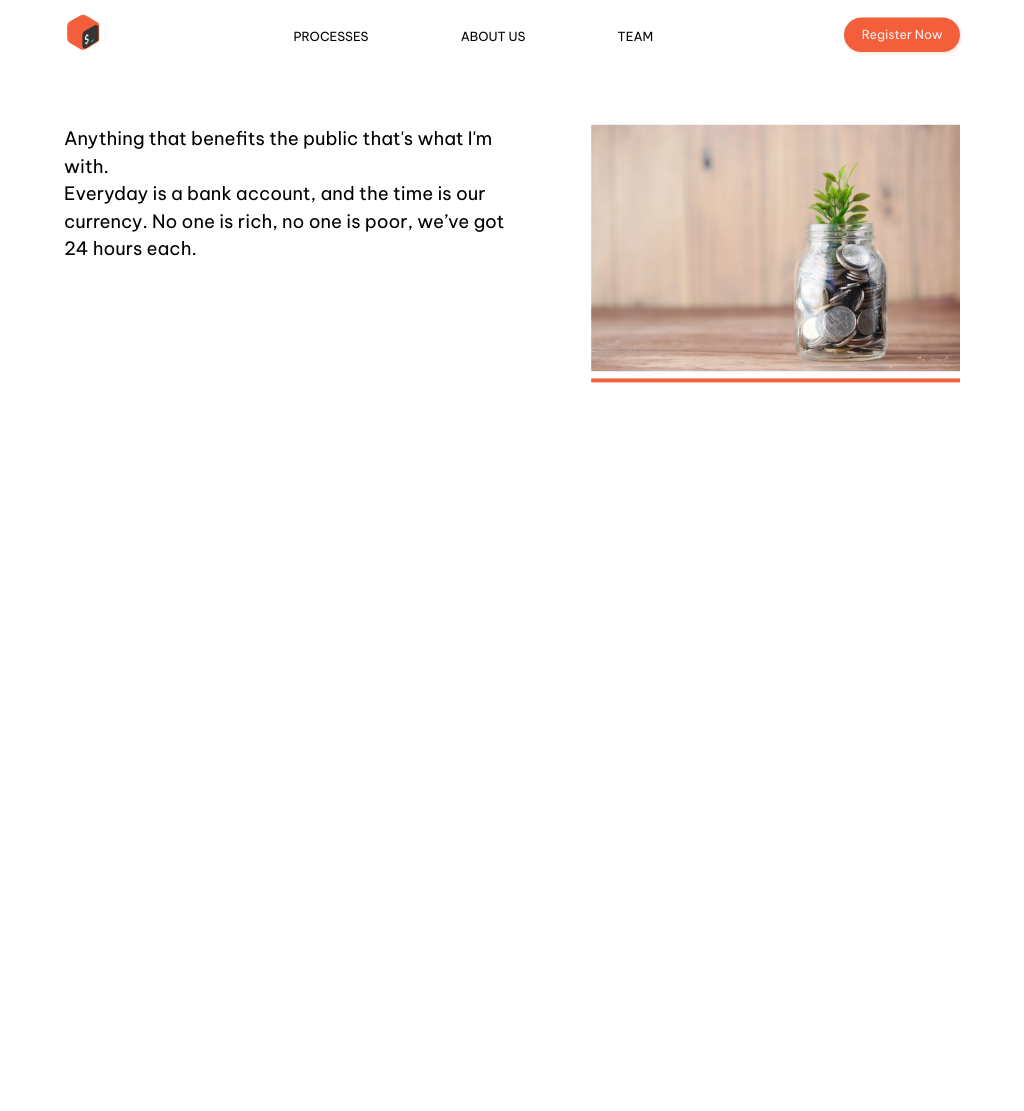
Repository: Esraa22M/Banking_Site
Page: index.html
These files come from the project's save history. The page is drawn as it stood at one moment and after the next save; the edit follows.
The browser window is 1280 px wide. The pictures show the whole page, at 80% of full size.

Above is the page before, as saved 2022-11-01 01:06:40.

### index.html
<!DOCTYPE html>
<html lang="en">

<head>
    <meta charset="UTF-8">
    <meta http-equiv="X-UA-Compatible" content="IE=edge">
    <meta name="viewport" content="width=device-width, initial-scale=1.0">
    <title>Document</title>
    <!-- font family link -->
    <link rel="preconnect" href="https://fonts.googleapis.com">
    <link rel="preconnect" href="https://fonts.gstatic.com" crossorigin>
    <link href="https://fonts.googleapis.com/css2?family=Be+Vietnam+Pro:wght@400;500;700&display=swap" rel="stylesheet">
    <!-- external style sheet link -->
    <link rel="stylesheet" href="style.css">
</head>

<body>
    <header class="primary__header">
        <div class="navgation__wrapper container"> <a href="#"><img src="./images/logo.svg" /></a>
            <button class="humberger__button_toggle--container" aria-expanded="false"
                aria-controls="controls the navigation menu's open and closing">
                <span class="sr-only">Nagivation menu</span>
                <span class="button__close hidden-sm" aria-hidden="true">x</span>
                <span class="button__open" aria-hidden="true"></span>
            </button>
            <nav class="primary__navigation">
                <ul role="list" class="primary__navigation--list hidden-sm">
                    <li class="primary__navigation-item">
                        <a href="#section__1" class="primary__navigation-link">processes</a>
                    </li>
                    <li class="primary__navigation-item">
                        <a href="#section__2" class="primary__navigation-link">About us</a>
                    </li>
                    <li class="primary_navigation-item">
                        <a href="#section__3" class="primary__navigation-link">Team</a>
                    </li>

                </ul>
            </nav>
            <a href="#" class="register__button" role="open new account">Register Now</a>
        </div>
        <section class="Intro even-columns container">
            <div>
                <h2 class="intro__header">Anything that benefits the public that's what I'm
                    with.</h2>
                <p class="intro__sub--header">
                    Everyday is a bank account, and the time is our currency. No one is rich,
                    no
                    one is poor, we’ve got 24 hours each.</p>
            </div>
            <div class="intro__image--wrapper">
                <img src="./images/baning_intro.jpg" alt="money grow" class="intro__image">
            </div>
        </section>
    </header>
    <main>
        <section class="modal container hidden">
            <button class="modal__close--button">
                <span>&times;</span>
            </button>
            <h2 class="modal--header">Open your bank account</h2>
            <form class="create__account--form">
                <figure class="form__logo--wrapper">
                    <img src="images/form_logo.svg" alt="human" class="form__logo">
                    <figcaption class="sr-only">a batman image is a logo for the registeration form</figcaption>
                </figure>
                <div class="first_name--wrapper"><label for="first name" class="sr-only">First Name:</label>
                    <input type="text" class="first_name" placeholder="Enter your First Name" />
                </div>
                <div class="last_name--wrapper"><label for="last name" class="sr-only">Last Name:</label>
                    <input type="text" class="last_name" placeholder="Enter your Last Name" />
                </div>
                <div class="email--wrapper"><label for=" email" class="sr-only">Email:</label>
                    <input type="email" class="email" placeholder="Enter your Email" />
                </div>
                <div class="create_account--button__wrapper">
                    <button type="submit" class="register__button create_account--button">Next Step &rarr;</button>
                </div>
            </form>
        </section>
        <div class="overlay hidden"></div>
    </main>
    <script src="main.js"></script>

</body>

</html>

### style.css
:root {
  --clr-accent-400: hsl(12, 88%, 59%);
  --clr-accent-100: hsl(13, 100%, 96%);
  --clr-primary-400: hsl(228, 39%, 23%);
  --clr-neutral-100: hsl(232, 12%, 13%);
  --clr-neutral-900: hsl(0 0% 0%);
  --ff-primary: "Be Vietnam Pro", sans-serif;
  --fw-regular: 400;
  --fw-semi-bold: 500;
  --fw-bold: 700;
  --fs-300: 0.8125rem;
  --fs-400: 0.875rem;
  --fs-500: 0.9375rem;
  --fs-600: 1rem;
  --fs-650: 1.2rem;
  --fs-700: 1.875rem;
  --fs-800: 2.5rem;
  --fs-900: 3.5rem;
  /* fontsize setup for mobile screen and tablet */
  --fs-body: var(--fs-400);
  --fs-primary-heading: var(--fs-800);
  --fs-secondary-heading: var(--fs-700);
  --fs-nav: var(--fs-500);
  --fs-button: var(--fs-300);
}
/* for desktop screen size */
@media (min-width: 50em) {
  :root {
    --fs-body: var(--fs-650);
    --fs-primary-heading: var(--fs-900);
    --fs-secondary-heading: var(--fs-800);
    --fs-nav: var(--fs-300);
  }
}

/* style reseting refer to kevin powell */
/* Box sizing rules */
*,
*::before,
*::after {
  box-sizing: border-box;
}

/* Remove default margin */
* {
  margin: 0;
  padding: 0;
  font: inherit;
}

/* Remove list styles on ul, ol elements with a list role, which suggests default styling will be removed */
ul[role="list"],
ol[role="list"] {
  list-style: none;
}

/* Set core root defaults */
html:focus-within {
  scroll-behavior: smooth;
}

html,
body {
  font-family: var(--ff-primary);
  height: 100%;
  line-height: 1.5;
  font-size: var(--fs-body);
  z-index: 10;
}
/* utility classes */
.sr-only {
  position: absolute;
  width: 1px;
  height: 1px;
  padding: 0;
  margin: -1px;
  overflow: hidden;
  clip: rect(0, 0, 0, 0);
  border: 0;
}
.container {
  /* content width setup */
  --max-width: 1120px;
  --margin: 5%;
  width: min(var(--max-width), 100% - var(--margin));
  margin-inline: auto;
}

/* navigation style */

.navgation__wrapper {
  display: flex;
  align-items: center;
  padding: 1em 0;
  justify-content: space-between;
  font-size: var(--fs-nav);
  line-height: 1.4rem;
  position: relative;
  z-index: 2000;
}
.primary__navigation--list {
  display: flex;
  gap: 3rem;
  flex-direction: column;
}
/* nav links style */
.navgation__wrapper a {
  text-decoration: none;
}
.primary__navigation-link {
  text-transform: uppercase;
  color: var(--clr-neutral-900);
  font-weight: var(--fw-regular);
}
.primary__navigation-link:hover,
.primary__navigation-link:focus-within {
  color: var(--clr-accent-400);
}
.primary__navigation-link::before {
  content: "";
  display: block;
  height: 0.2em;
  background-color: var(--clr-accent-400);
  width: 0%;
  transition: width ease-in-out 250ms;
}
.primary__navigation-link:hover::before {
  width: 100%;
}

/* humberger button and close humberger button style */

.humberger__button_toggle--container {
  position: absolute;
  top: 1em;
  z-index: 20;
  background-color: transparent;
  border: none;
  outline: none;
  right: 1em;
}
.button__open::before,
.button__open::after,
.button__open {
  content: "";
  width: 2em;
  display: block;
  height: 3px;
  cursor: pointer;
  position: relative;
  transition: all ease-in-out 250ms;
  background-color: var(--clr-neutral-900);
}

.button__open::before {
  top: 0.6em;
}
.button__open::after {
  bottom: 0.8em;
}
.button__close {
  font-weight: var(--fw-semi-bold);
  font-size: var(--fs-700);
  transition: all ease-in-out 250ms;
}

.register__button {
  border: none;
  outline: none;
  background-color: var(--clr-accent-400);
  color: var(--clr-accent-100);
  padding: 0.5em 1.4em;
  border-radius: 100vmax;
  box-shadow: 1px 2px 0.1em 0.1em var(--clr-accent-100);
}
.register__button:hover,
.register__button:focus-within {
  box-shadow: none;
  opacity: 0.8;
}
/*navigation overlay */

.primary__header[overlay]::before {
  content: "";
  position: absolute;
  inset: 0;
  height: 100%;
  z-index: 1;
  background-image: linear-gradient(rgb(0 0 0 / 0), rgb(0 0 0 / 0.8));
}

/*popup modal style */
.modal {
  position: fixed;
  top: 50%;
  display: grid;
  z-index: 1000;
  align-items: center;
  justify-content: center;
  padding: 3em 0;
  margin-top: 2em;
  position: relative;
  max-width: 25em;
  background-color: white;
  border: 1px solid var(--clr-neutral-900);
  border-radius: 4px;
  transform-origin: top;
  transition: all 0.5s ease-in-out;
}
.modal--header {
  font-size: var(--fs-primary-heading);
  text-transform: capitalize;
  text-align: center;
}
.create__account--form {
  background-color: white;
  margin: auto;
}
.form__logo--wrapper {
  background-color: var(--clr-accent-400);
  text-align: center;
  border-radius: 50%;
  border-bottom: 0.5em solid var(--clr-neutral-900);
  margin-top: 2em;
}
.first_name,
.last_name,
.email {
  border: none;
  outline: none;
  padding: 0.5em 1em;
  margin-top: 2em;
  border-bottom: 0.5px solid gray;
  transition: border ease-in-out 500ms;
}
.first_name--wrapper::after,
.last_name--wrapper::after,
.email--wrapper::after {
  content: "";
  display: block;
  height: 0.2em;
  background-color: var(--clr-accent-400);
  width: 0%;
  transition: width ease-in-out 250ms;
}
.first_name--wrapper:focus-within::after,
.last_name--wrapper:focus-within::after,
.email--wrapper:focus-within::after {
  width: 100%;
}
.first_name--wrapper:focus-within .first_name,
.last_name--wrapper:focus-within .last_name,
.email--wrapper:focus-within .email {
  border: none;
}
.create_account--button__wrapper {
  text-align: center;
}
.create_account--button {
  margin-top: 1em;
}

.modal__close--button {
  border: none;
  outline: none;
  position: absolute;
  background-color: transparent;
  font-size: var(--fs-800);
  top: 0;
  right: 1em;
  line-height: 1.5;
}
.overlay {
  position: fixed;
  top: 0;
  left: 0;
  width: 100%;
  height: 100%;
  background-color: rgba(0, 0, 0, 0.5);
  backdrop-filter: blur(3px);
  z-index: 100;
  transform-origin: top;
  transition: all 0.5s ease-in-out;
}
/* utility class */
.hidden {
  opacity: 0;
  transform: scale(1, 0);
}
.even-columns {
  display: grid;
  grid-auto-flow: column;
  gap: 4em;
}
/* intro section */
.Intro {
  margin-top: 3em;
}

.intro__image {
  width: min(25em, 100%);
  justify-self: center;
}
.intro__image--wrapper::after {
  content: "";
  display: block;
  background-color: var(--clr-accent-400);
  height: 5px;
}
/* media query for mobile screen */

@media (max-width: 40em) {
  /* navigation list style */
  .navgation__wrapper {
    justify-content: space-evenly;
  }
  .primary__navigation--list {
    position: absolute;
    top: 100%;
    left: 0;
    width: 100%;
    padding: 2rem;
    display: flex;
    justify-content: center;
    background-color: white;
    box-shadow: 0 0 1px 1px var(--clr-accent-100);
    align-items: center;
    transform-origin: top;
    transition: transform 400ms ease-in-out;
  }
  .register__button {
    padding: 0.5em 1em;
    margin-right: min(3em, 12%);
  }
  /* utility class */
  .hidden-sm {
    opacity: 0;
    transform: scale(1, 0);
  }
  .modal__close--button {
    top: 0;
    right: 0.5em;
    font-size: var(--fs-secondary-heading);
    line-height: 1.5;
  }
}
@media (min-width: 40em) {
  /* navigation style */
  .register__button {
    display: block;
  }
  .primary__navigation--list {
    gap: 6rem;
    flex-direction: row;
  }

  .humberger__button_toggle--container {
    display: none;
  }
  /* modal style */
  .modal--header {
    max-width: 15ch;
    margin: auto;
  }
  /* .modal__close--button {
    top: 1em;
    right: 2em;
  } */
}

### images/logo.svg
<svg xmlns="http://www.w3.org/2000/svg"  viewBox="0 0 48 48" width="48px" height="48px" fill-rule="evenodd" clip-rule="evenodd"><linearGradient id="FAKZ2g97PrDXJBy36-66Qa" x1="35.753" x2="11.271" y1="3.643" y2="46.048" gradientUnits="userSpaceOnUse"><stop offset="0" stop-color="#f9f9f9"/><stop offset=".26" stop-color="#f0f1f2"/><stop offset=".678" stop-color="#d9dcdf"/><stop offset="1" stop-color="#c2c8cc"/></linearGradient><path fill="hsl(12, 88%, 59%)" fill-rule="evenodd" d="M22.903,3.286c0.679-0.381,1.515-0.381,2.193,0	c3.355,1.883,13.451,7.551,16.807,9.434C42.582,13.1,43,13.804,43,14.566c0,3.766,0,15.101,0,18.867	c0,0.762-0.418,1.466-1.097,1.847c-3.355,1.883-13.451,7.551-16.807,9.434c-0.679,0.381-1.515,0.381-2.193,0	c-3.355-1.883-13.451-7.551-16.807-9.434C5.418,34.899,5,34.196,5,33.434c0-3.766,0-15.101,0-18.867	c0-0.762,0.418-1.466,1.097-1.847C9.451,10.837,19.549,5.169,22.903,3.286z" clip-rule="evenodd"/><path fill="hsl(12, 88%, 59%)" d="M23.987,46.221c-1.085,0-2.171-0.252-3.165-0.757c-2.22-1.127-5.118-2.899-7.921-4.613	c-1.973-1.206-3.836-2.346-5.297-3.157C5.381,36.458,4,34.113,4,31.572V16.627c0-2.59,1.417-4.955,3.699-6.173	c3.733-1.989,9.717-5.234,12.878-7.01l0,0c2.11-1.184,4.733-1.184,6.844,0c3.576,2.007,10.369,6.064,14.252,8.513	C43.13,12.874,44,14.453,44,16.182V32c0,2.4-0.859,4.048-2.553,4.895c-0.944,0.531-2.628,1.576-4.578,2.787	c-3.032,1.882-6.806,4.225-9.564,5.705C26.27,45.942,25.128,46.221,23.987,46.221z M21.556,5.188	C18.384,6.97,12.382,10.226,8.64,12.22C7.012,13.088,6,14.776,6,16.627v14.945c0,1.814,0.987,3.49,2.576,4.373	c1.498,0.832,3.378,1.981,5.369,3.199c2.77,1.693,5.634,3.445,7.783,4.536c1.458,0.739,3.188,0.717,4.631-0.056	c2.703-1.451,6.447-3.775,9.456-5.643c1.97-1.223,3.671-2.279,4.696-2.854C41.835,34.464,42,33.109,42,32V16.182	c0-1.037-0.521-1.983-1.392-2.532c-3.862-2.435-10.613-6.467-14.165-8.461C24.913,4.331,23.086,4.331,21.556,5.188L21.556,5.188z"/><path fill="#343434" d="M22.977,41.654L22.92,28.216c-0.011-2.594,1.413-4.981,3.701-6.204l12.01-6.416	c1.998-1.068,4.414,0.38,4.414,2.646v14.73c0,1.041-0.54,2.008-1.426,2.554l-14.068,8.668	C25.557,45.424,22.987,43.996,22.977,41.654z"/><linearGradient id="FAKZ2g97PrDXJBy36-66Qb" x1="32.281" x2="23.433" y1="26.55" y2="41.876" gradientUnits="userSpaceOnUse"><stop offset="0" stop-color="#f9f9f9"/><stop offset=".26" stop-color="#f0f1f2"/><stop offset=".678" stop-color="#d9dcdf"/><stop offset="1" stop-color="#c2c8cc"/></linearGradient><path fill="url(#FAKZ2g97PrDXJBy36-66Qb)" d="M28.799,26.274	c0.123-0.063,0.225,0.014,0.227,0.176l0.013,1.32c0.552-0.219,1.032-0.278,1.467-0.177c0.095,0.024,0.136,0.153,0.098,0.306	l-0.291,1.169c-0.024,0.089-0.072,0.178-0.132,0.233c-0.026,0.025-0.052,0.044-0.077,0.057c-0.04,0.02-0.078,0.026-0.114,0.019	c-0.199-0.045-0.671-0.148-1.413,0.228c-0.778,0.395-1.051,1.071-1.046,1.573c0.007,0.601,0.315,0.783,1.377,0.802	c1.416,0.023,2.027,0.643,2.042,2.067c0.016,1.402-0.733,2.905-1.876,3.826l0.025,1.308c0.001,0.157-0.1,0.338-0.225,0.4	l-0.775,0.445c-0.123,0.063-0.225-0.014-0.227-0.172l-0.013-1.286c-0.664,0.276-1.334,0.342-1.763,0.17	c-0.082-0.032-0.117-0.152-0.084-0.288l0.28-1.181c0.022-0.092,0.071-0.186,0.138-0.246c0.023-0.023,0.048-0.04,0.072-0.053	c0.044-0.022,0.087-0.027,0.124-0.013c0.462,0.155,1.053,0.082,1.622-0.206c0.722-0.365,1.206-1.102,1.198-1.834	c-0.007-0.664-0.366-0.939-1.241-0.946c-1.113,0.002-2.151-0.216-2.168-1.855c-0.014-1.35,0.688-2.753,1.799-3.641l-0.013-1.319	c-0.001-0.162,0.098-0.34,0.225-0.405L28.799,26.274z"/><path fill="#21a366" d="M37.226,34.857l-3.704,2.185c-0.109,0.061-0.244-0.019-0.244-0.143v-1.252	c0-0.113,0.061-0.217,0.16-0.273l3.704-2.185c0.111-0.061,0.246,0.019,0.246,0.145v1.248C37.388,34.697,37.326,34.801,37.226,34.857"/></svg>

### main.js
/* navigation sm screen */
let navToggle = document.querySelector(".humberger__button_toggle--container");
let button__open = document.querySelector(".button__open");
let primary__navigation = document.querySelector(".primary__navigation");
let primary__navigation_list = document.querySelector(
  ".primary__navigation--list"
);
let button__close = document.querySelector(".button__close");
let primary__header = document.querySelector(".primary__header");
navToggle.addEventListener("click", () => {
  if (!primary__navigation.hasAttribute("data-visible")) {
    navToggle.setAttribute("aria-expanded", true);
    button__open.setAttribute("aria-hidden", true);
    button__close.setAttribute("aria-hidden", false);
  } else {
    primary__navigation.removeAttribute("data-visible");
    navToggle.setAttribute("aria-expanded", false);
    button__open.setAttribute("aria-hidden", false);
    button__close.setAttribute("aria-hidden", true);
  }
  primary__navigation.toggleAttribute("data-visible");

  button__open.classList.toggle("hidden-sm");
  button__close.classList.toggle("hidden-sm");
  primary__header.toggleAttribute("overlay");
  primary__navigation_list.classList.toggle("hidden-sm");
});

/* model window handling */
let modal = document.querySelector(".modal");
let close_modal = document.querySelector(".modal__close--button");
let open_modal = document.querySelector(".register__button");
let overlay = document.querySelector(".overlay");

/*handle open modal */
let openModal = (e) => {
  console.log(e);
  e.preventDefault();
  modal.classList.remove("hidden");
  overlay.classList.remove("hidden");
};
open_modal.addEventListener("click", openModal);

/*handle close modal */
let closeModal = (e) => {
  e.preventDefault();
  modal.classList.add("hidden");
  overlay.classList.add("hidden");
};
close_modal.addEventListener("click", closeModal);

After the next save:
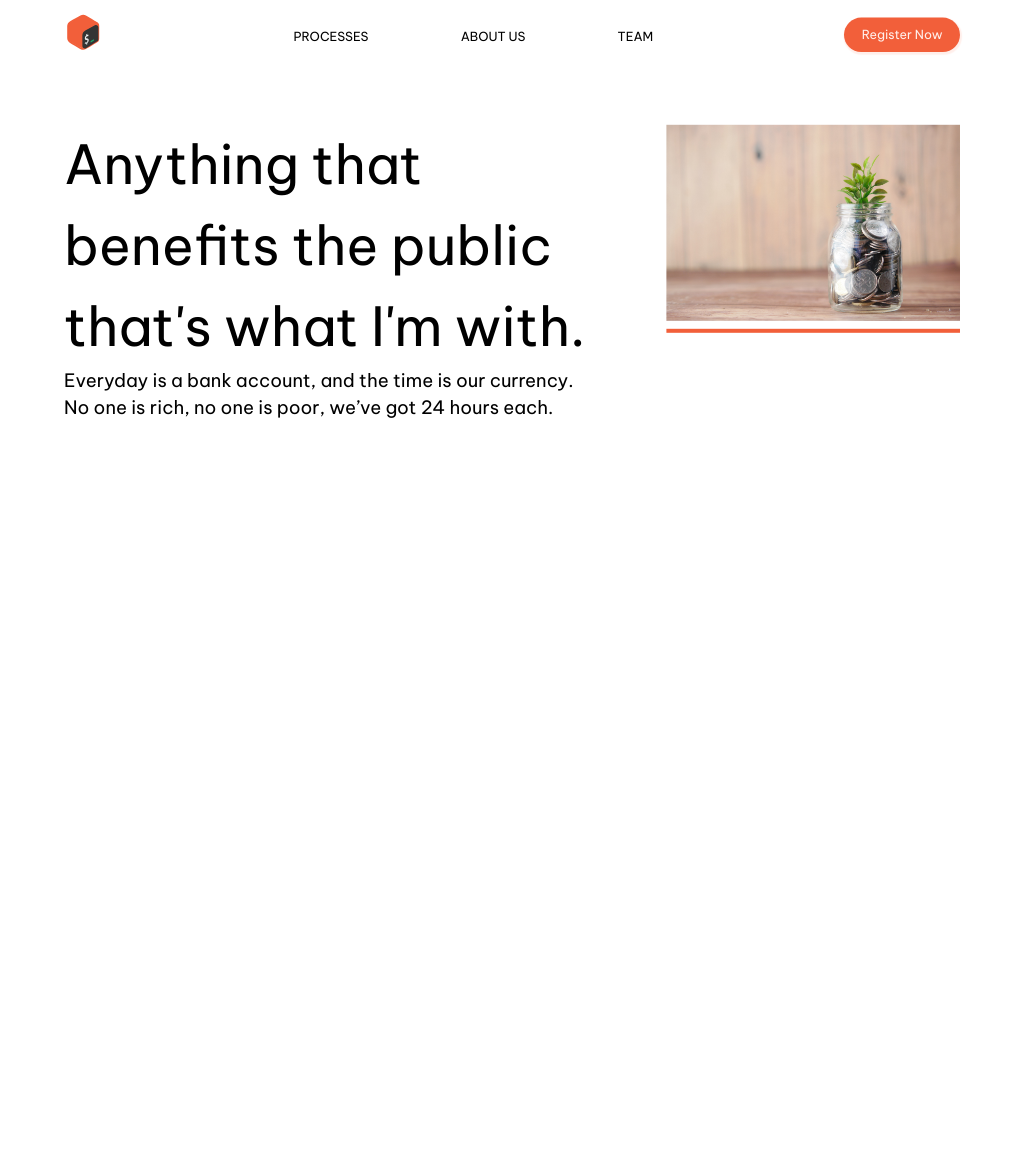
Saved 45 s later.
--- a/style.css
+++ b/style.css
@@ -307,6 +307,9 @@
   background-color: var(--clr-accent-400);
   height: 5px;
 }
+.intro__header {
+  font-size: var(--fs-primary-heading);
+}
 /* media query for mobile screen */
 
 @media (max-width: 40em) {
